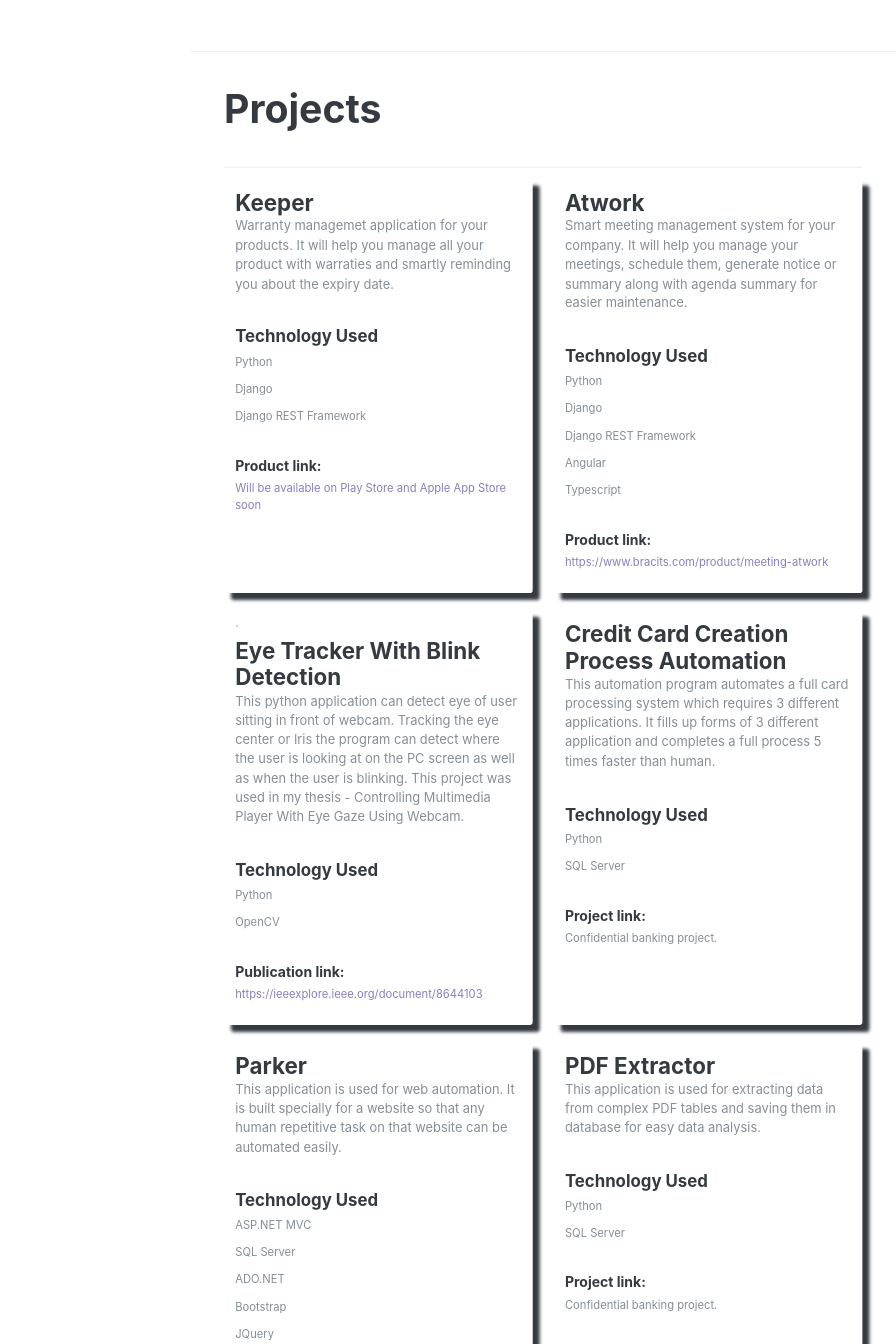
Repository: xahin96/xahin96.github.io
Page: index.html
An editor plug-in stored every save of this project. The page is shown before and after the next save, followed by the edit.
The browser window is 1280 px wide. The pictures show the part of the page from y = 3343 to 5263 px (the page is 5491 px tall), at 70% of full size.
Some web fonts or font styles are not loaded; a fallback is used.

Above is the page before, as saved 2024-04-27 12:45:51.

After the next save:
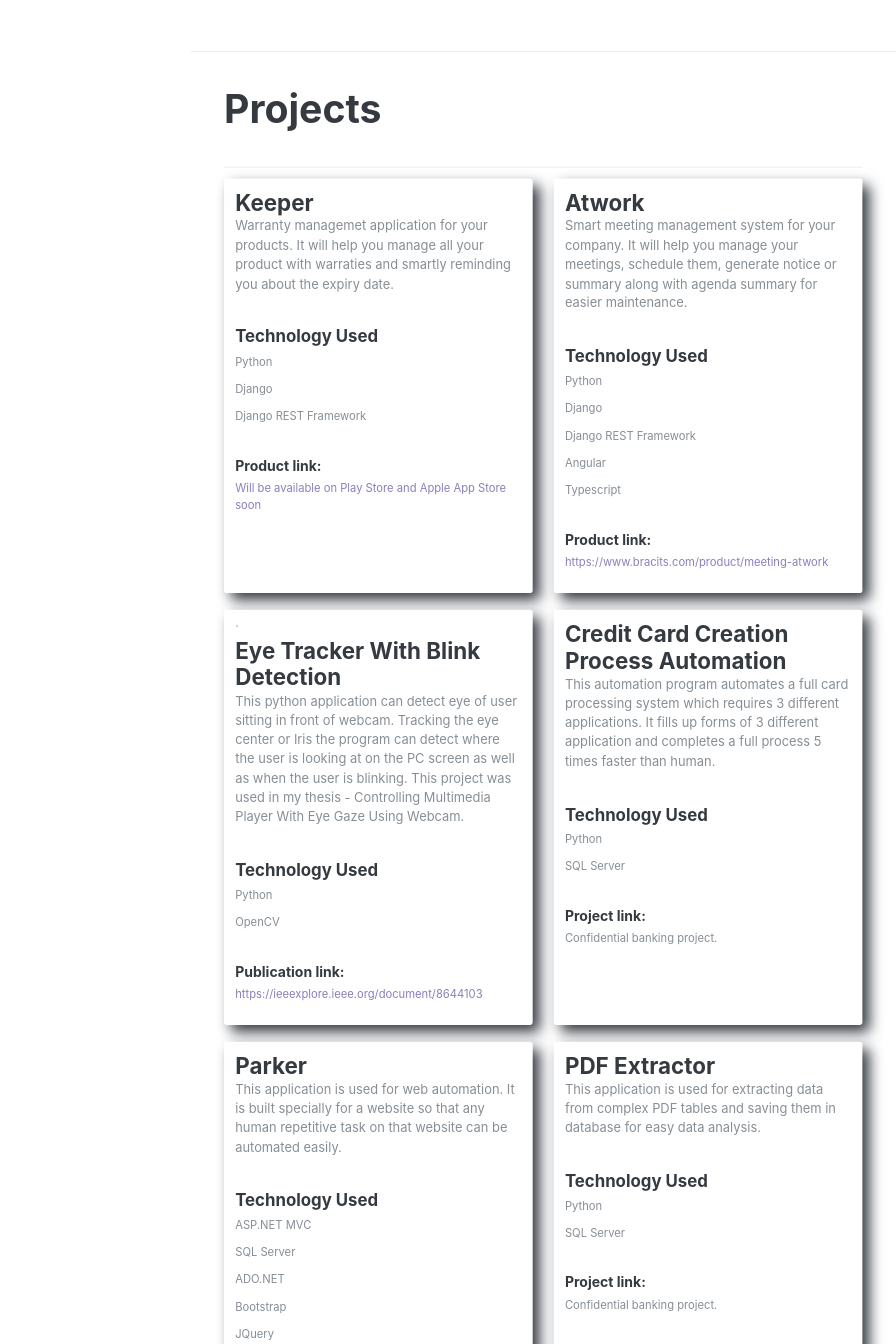
Saved 13 s later.
--- a/css/resume.css
+++ b/css/resume.css
@@ -215,6 +215,6 @@ a:hover, a:focus, a:active {
 .project .card{
   height: 100%;
   border: none;
-  box-shadow: 10px 10px 5px #343a40;
+  box-shadow: 10px 10px 20px #343a40;
   /* background: red; */
 }
